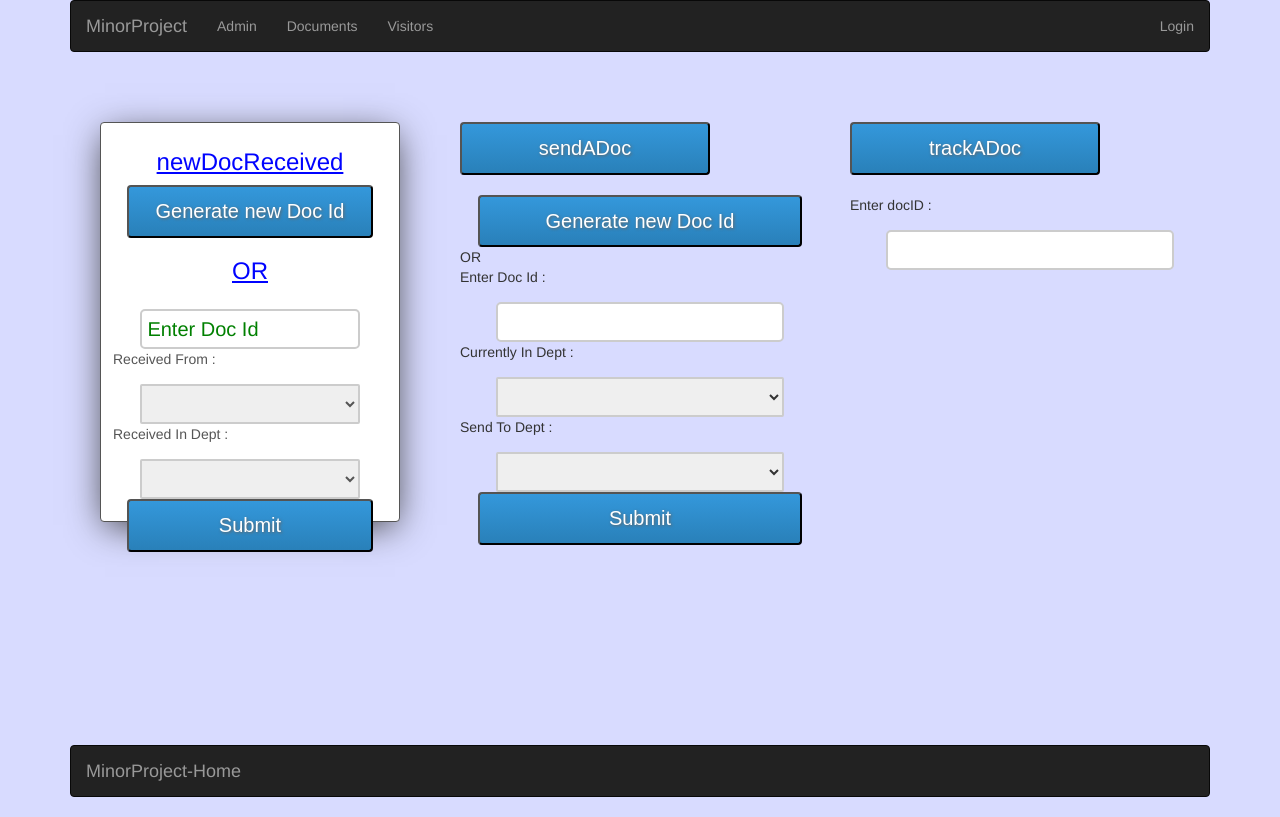
Repository: javaSingh/java
Page: workspace/minorProjectWithInder7thSem2/WebContent/index.html
The author's editor kept a copy of each file at every save. The page is drawn from the files as they stood at one save, then again after the next save.
The browser window is 1280 px wide. The pictures show the whole page.
Some web libraries are served in a nearby version.

Above is the page before, as saved 2014-10-21 10:12:37.

### workspace/minorProjectWithInder7thSem2/WebContent/index.html
<!DOCTYPE html>
<html>
   <head>
      <title>MinorProject-OfficeMgmt</title>
      <meta name='viewport' content='width=device-width, initial-scale=1.0'>
      <!-- Bootstrap -->
      <link href='css/bootstrap.min.css' rel='stylesheet'>
	  <!--my css-->
	  <link href='css/a.css' rel='stylesheet'>
	  	  <link href='css/test.css' rel='stylesheet'>
      <!-- HTML5 Shim and Respond.js IE8 support of HTML5 elements and media
         queries -->
      <!-- WARNING: Respond.js doesn't work if you view the page
         via file:// -->
      <!--[if lt IE 9]>
         <script src='https://oss.maxcdn.com/libs/html5shiv/3.7.0/
            html5shiv.js'></script>
         <script src='https://oss.maxcdn.com/libs/respond.js/1.3.0/
            respond.min.js'></script>
      <![endif]-->
	  <!--font awesome. for icons used in top of page-->
	  <link href="http://maxcdn.bootstrapcdn.com/font-awesome/4.1.0/css/font-awesome.min.css" rel="stylesheet">













	</head>
	<body>

	<div class='container'>
	<div class="scroll-top-wrapper ">
    <span class="scroll-top-inner">
    <i class="fa fa-2x fa-arrow-circle-up"></i>
    </span>
	</div>

	<nav role='navigation' class='navbar navbar-inverse'>
    <!-- Brand and toggle get grouped for better mobile display -->
    <div class='navbar-header'>
        <button type='button' data-target='#navbarCollapse' data-toggle='collapse' class='navbar-toggle'>
            <span class='sr-only'>Toggle navigation</span>
            <span class='icon-bar'></span>
            <span class='icon-bar'></span>
            <span class='icon-bar'></span>
        </button>
        <a href='#' class='navbar-brand'>MinorProject</a>
    </div>
    <!-- Collection of nav links and other content for toggling -->
    <div id='navbarCollapse' class='collapse navbar-collapse'>
        <ul class='nav navbar-nav'>
            <li><a href='#'>Admin </a></li>
            <li><a href='#'>Documents </a></li>
			<li><a href='#'>Visitors </a></li>
			</ul>
        <ul class='nav navbar-nav navbar-right'>
            <li><a href='jackie.html'>Login</a></li>
        </ul>
    </div>
</nav>
<div class='top'></div>
<div class='row'>
<div class='col-md-4'>

<div class='loginform form-control'>

<p class='loginword'>
<h3>
newDocReceived
</h3>
</p>

<form action='Serv3'>
<input type='submit' class='submitbuttoninner' value='Generate new Doc Id'></input>
<br>
</form>

<p class='loginword'>
<h3>
OR
</h3>
</p>
<form action='Serv1'>
<input type='number' name='docid' required autofoucs placeholder='Enter Doc Id'></input><br>
Received From : <select name='fromdept'>
<option value=""></option>
  <option value="Dept1">Dept1</option>
  <option value="Dept2">Dept2</option>
  <option value="Dept3">Dept3</option>
  <option value="Dept4">Dept4</option>
  <option value="Reception">Reception</option>
  <option value="Staff">Staff</option>
  <option value="Student">Student</option>
</select><br>
Received In Dept : <select name='indept'>
  <option value=""></option>
  <option value="Dept1">Dept1</option>
  <option value="Dept2">Dept2</option>
  <option value="Dept3">Dept3</option>
  <option value="Dept4">Dept4</option>
  <option value="Reception">Reception</option>
</select><br>
<input type='submit' class='submitbuttoninner'></input>
</form>

</div>








</div>
<div class='col-md-4'>


<input type='button' class='submitbutton' onclick='senddoc()' value='sendADoc' name='senddocbutton'></input>
<div id='senddoc'>
<br>
<form action='Serv3'>
<input type='submit' value='Generate new Doc Id' class='submitbuttoninner'></input>
</form>
OR
<br>
<form action='Serv2'>
Enter Doc Id : <input type='number' name='docid' required autofoucs></input><br>
Currently In Dept : <select name='indept'>
  <option value=""></option>
  <option value="Dept1">Dept1</option>
  <option value="Dept2">Dept2</option>
  <option value="Dept3">Dept3</option>
  <option value="Dept4">Dept4</option>
  <option value="Reception">Reception</option>
</select><br>
Send To Dept : <select name='todept'>
<option value=""></option>
<option value="Dept1">Dept1</option>
  <option value="Dept2">Dept2</option>
  <option value="Dept3">Dept3</option>
  <option value="Dept4">Dept4</option>
  <option value="Reception">Reception</option>
</select><br>
<input type='submit' class='submitbuttoninner'></input>
</form>
</div>








</div>
<div class='col-md-4'>




<form action='Serv4' method='post'>
<input type='submit' class='submitbutton' value='trackADoc'></input><br>
<br>
Enter docID : <input type='number' name='docid'></input>

</form>






</div>

</div>
<div class='below'></div>
<div class='row'>
<div class='col-md-12'>
<div class='myfooter'>
<nav role='navigation' class='navbar navbar-inverse'>
    <!-- Brand and toggle get grouped for better mobile display -->
    <div class='navbar-header'>
        <button type='button' data-target='#navbarCollapse' data-toggle='collapse' class='navbar-toggle'>
            <span class='sr-only'>Toggle navigation</span>
            <span class='icon-bar'></span>
            <span class='icon-bar'></span>
            <span class='icon-bar'></span>
        </button>
        <a href='#' class='navbar-brand'>MinorProject-Home</a>
    </div>
    <!-- Collection of nav links and other content for toggling -->
    <div id='navbarCollapse' class='collapse navbar-collapse'>


    </div>
</nav>
</div>
</div>
</div>






	  <!-- jQuery (necessary for Bootstrap's JavaScript plugins) -->
      <script src='https://code.jquery.com/jquery.js'></script>
      <!-- Include all compiled plugins (below), or include individual files
            as needed -->
      <script src='js/bootstrap.min.js'></script>
	  <script src="//ajax.googleapis.com/ajax/libs/jquery/1.11.0/jquery.min.js"></script>
 <script>

$(function(){

    $(document).on( 'scroll', function(){

        if ($(window).scrollTop() > 1) {
            $('.scroll-top-wrapper').addClass('show');
        } else {
            $('.scroll-top-wrapper').removeClass('show');
        }
    });
});
</script>
   <script>

$(function(){

    $(document).on( 'scroll', function(){

        if ($(window).scrollTop() > 1) {
            $('.scroll-top-wrapper').addClass('show');
        } else {
            $('.scroll-top-wrapper').removeClass('show');
        }
    });

    $('.scroll-top-wrapper').on('click', scrollToTop);
});

function scrollToTop() {
    verticalOffset = typeof(verticalOffset) != 'undefined' ? verticalOffset : 0;
    element = $('body');
    offset = element.offset();
    offsetTop = offset.top;
    $('html, body').animate({scrollTop: offsetTop}, 500, 'linear');
}
</script>


 </div> </body>
</html>

### workspace/minorProjectWithInder7thSem2/WebContent/css/a.css
#newdoc
{
    background-color: #ffffaa;
    width:250px;
}
.submitbutton {
  background: #3498db;
  background-image: -webkit-linear-gradient(top, #3498db, #2980b9);
  background-image: -moz-linear-gradient(top, #3498db, #2980b9);
  background-image: -ms-linear-gradient(top, #3498db, #2980b9);
  background-image: -o-linear-gradient(top, #3498db, #2980b9);
  background-image: linear-gradient(to bottom, #3498db, #2980b9);
  -webkit-border-radius: 4;
  -moz-border-radius: 4;
  border-radius: 4px;
  text-shadow: 1px 1px 3px #666666;
  font-family: Arial;
  color: #ffffff;
  font-size: 20px;
  padding: 10px 20px 10px 20px;
  text-decoration: none;
 width:250px;
}

.submitbutton:hover {
cursor:pointer;
  background: #3cb0fd;
  background-image: -webkit-linear-gradient(top, #3cb0fd, #3498db);
  background-image: -moz-linear-gradient(top, #3cb0fd, #3498db);
  background-image: -ms-linear-gradient(top, #3cb0fd, #3498db);
  background-image: -o-linear-gradient(top, #3cb0fd, #3498db);
  background-image: linear-gradient(to bottom, #3cb0fd, #3498db);
  text-decoration: none;
}

.submitbuttoninner {
  background: #3498db;
  background-image: -webkit-linear-gradient(top, #3498db, #2980b9);
  background-image: -moz-linear-gradient(top, #3498db, #2980b9);
  background-image: -ms-linear-gradient(top, #3498db, #2980b9);
  background-image: -o-linear-gradient(top, #3498db, #2980b9);
  background-image: linear-gradient(to bottom, #3498db, #2980b9);
  -webkit-border-radius: 4;
  -moz-border-radius: 4;
  border-radius: 4px;
  text-shadow: 1px 1px 3px #666666;
  font-family: Arial;
  color: #ffffff;
  font-size: 20px;
  padding: 10px 20px 10px 20px;
  text-decoration: none;
 width:90%;
 margin-left:5%;
}

.submitbuttoninner:hover {
cursor:pointer;
  background: #3cb0fd;
  background-image: -webkit-linear-gradient(top, #3cb0fd, #3498db);
  background-image: -moz-linear-gradient(top, #3cb0fd, #3498db);
  background-image: -ms-linear-gradient(top, #3cb0fd, #3498db);
  background-image: -o-linear-gradient(top, #3cb0fd, #3498db);
  background-image: linear-gradient(to bottom, #3cb0fd, #3498db);
  text-decoration: none;
}




.top{
height:50px;
}
.below
{height:200px;}

[type='email']
{
    font-size:20px;
}
[type="text"] {
    font-size: 20px;
 //   margin-left: 10%;
}
.signup
{

    border:1px solid green;
    border-radius:2px;
    height:100%;
    background-color:rgba(252, 255, 155, 1);


}
.signup input[type=text]
{
    width:80%;
    margin:auto;

}
input[type=email]
{
    width:80%;
    margin:auto;

}
.scroll-top-wrapper {
    position: fixed;
    opacity: 0;
    visibility: hidden;
    overflow: hidden;
    text-align: center;
    z-index: 99999999;
    background-color: #008000;
    color: #eeeeee;
    width: 60px;
    height: 55px;
    line-height: 48px;
    right: 30px;
    bottom: 30px;
    padding-top: 2px;
    border-top-left-radius: 10px;
    border-top-right-radius: 10px;
    border-bottom-right-radius: 10px;
    border-bottom-left-radius: 10px;
    -webkit-transition: all 0.5s ease-in-out;
    -moz-transition: all 0.5s ease-in-out;
    -ms-transition: all 0.5s ease-in-out;
    -o-transition: all 0.5s ease-in-out;
    transition: all 0.3s ease-in-out;
}
.scroll-top-wrapper:hover {
    //opacity: 0.0;
    background-color: #222245;
}
.scroll-top-wrapper.show {
    visibility:visible;
    cursor:pointer;
    opacity: 0.9999999;
}
.scroll-top-wrapper i.fa {
    line-height: inherit;
}

### workspace/minorProjectWithInder7thSem2/WebContent/css/test.css
body{
	background-color:#D8DBFF;
}
.message
{

	-webkit-box-shadow:0 8px 35px -5px #333333;
	-moz-box-shadow:0 7px 3px -5px #373737;

	//box-shadow:0 7px 3px -5px #373737
	//overflow:hidden;
	margin-left:10%;
	background-color:beige;
	min-height:300px;
	margin-top:100px;
	border:3px solid orange;
	width:80%;
	margin-bottom:30px;
}
.message p
{
	margin-top:100px;
	font-size:30px;
	text-align:center;
//	color:green;
}

.loginform h3
{
    color:rgba(0, 3, 255, 1);
    text-align:center;
    text-decoration:underline;
}

 .one
{
  min-height: 900px;

  /* position:absolute; */

  //opacity:0.5;

  background-color:#FFFFff;

  background-image: url("b.png");


 }





.loginform


{

	-webkit-box-shadow:0 8px 35px -5px #373737;
	-moz-box-shadow:0 7px 3px -5px #373737;

	//box-shadow:0 7px 3px -5px #373737
	//overflow:hidden;


    margin:auto;

   max-width:300px;
   // border-radius:20px;
	//left:20%;
    border:1.5px solid;
	width:100%;
	//position: absolute;
    height:400px;
	background-color:;
	margin-bottom:20px;


}
.loginword
{
    text-align:center;
}





[type=number]
{


font-size:20px;

  margin-top:15px;

  margin-left:10%;

 // position:fixed;


margin-top: 15px;
top:10px;



 width:80%;


height:40px;



  padding:5px;

  border:2px solid #ccc;

//-webkit-border-radius: 50px;

border-radius: 5px;

/* margin-bottom:-30px; */


}


select
{
	font-size:20px;

  margin-top:15px;

  margin-left:10%;

 // position:fixed;


margin-top: 15px;
top:10px;



 width:80%;


height:40px;



  padding:5px;

  border:2px solid #ccc;

//-webkit-border-radius: 50px;

border-radius: 2px;

/* margin-bottom:-30px; */


}


[type=text]
{


font-size:20px;

  margin-top:15px;

  margin-left:10%;

 // position:fixed;


margin-top: 15px;
top:10px;



 width:80%;


height:40px;



  padding:5px;

  border:2px solid #ccc;

//-webkit-border-radius: 50px;

border-radius: 5px;

/* margin-bottom:-30px; */


}



::-webkit-input-placeholder {

	color:#008000;
   //opacity:0.5

}



input[type=password]
{

  //top:200px;

  font-size:20px;

  margin-top:15px;

  margin-left:10%;

 //position:absolute;

  margin-top: 15px;
  color:#000000;

 width:80%;


  height:40px;


  padding:5px;

  border:2px solid #ccc;

//-webkit-border-radius: 50px;

border-radius: 5px;


}



//input[type=text]:focus
{

  border-color:#333;


}






p{
    text-align: center;


//min-width:720px;


/* color:green; */


/* background-color:#122334; */


}




.scroll-top-wrapper {
    position: fixed;
    opacity: 0;
    visibility: hidden;
    overflow: hidden;
    text-align: center;
    z-index: 99999999;
    background-color: #008000;
    color: #eeeeee;
    width: 60px;
    height: 55px;
    line-height: 48px;
    right: 30px;
    bottom: 30px;
    padding-top: 2px;
    border-top-left-radius: 10px;
    border-top-right-radius: 10px;
    border-bottom-right-radius: 10px;
    border-bottom-left-radius: 10px;
    -webkit-transition: all 0.5s ease-in-out;
    -moz-transition: all 0.5s ease-in-out;
    -ms-transition: all 0.5s ease-in-out;
    -o-transition: all 0.5s ease-in-out;
    transition: all 0.3s ease-in-out;
}
.scroll-top-wrapper:hover {
    //opacity: 0.0;
    background-color: #222245;
}
.scroll-top-wrapper.show {
    visibility:visible;
    cursor:pointer;
    opacity: 0.9999999;
}
.scroll-top-wrapper i.fa {
    line-height: inherit;
}

Loaded but not shown: workspace/minorProjectWithInder7thSem2/WebContent/css/bootstrap.min.css (library); workspace/minorProjectWithInder7thSem2/WebContent/js/bootstrap.min.js (library)

After the next save:
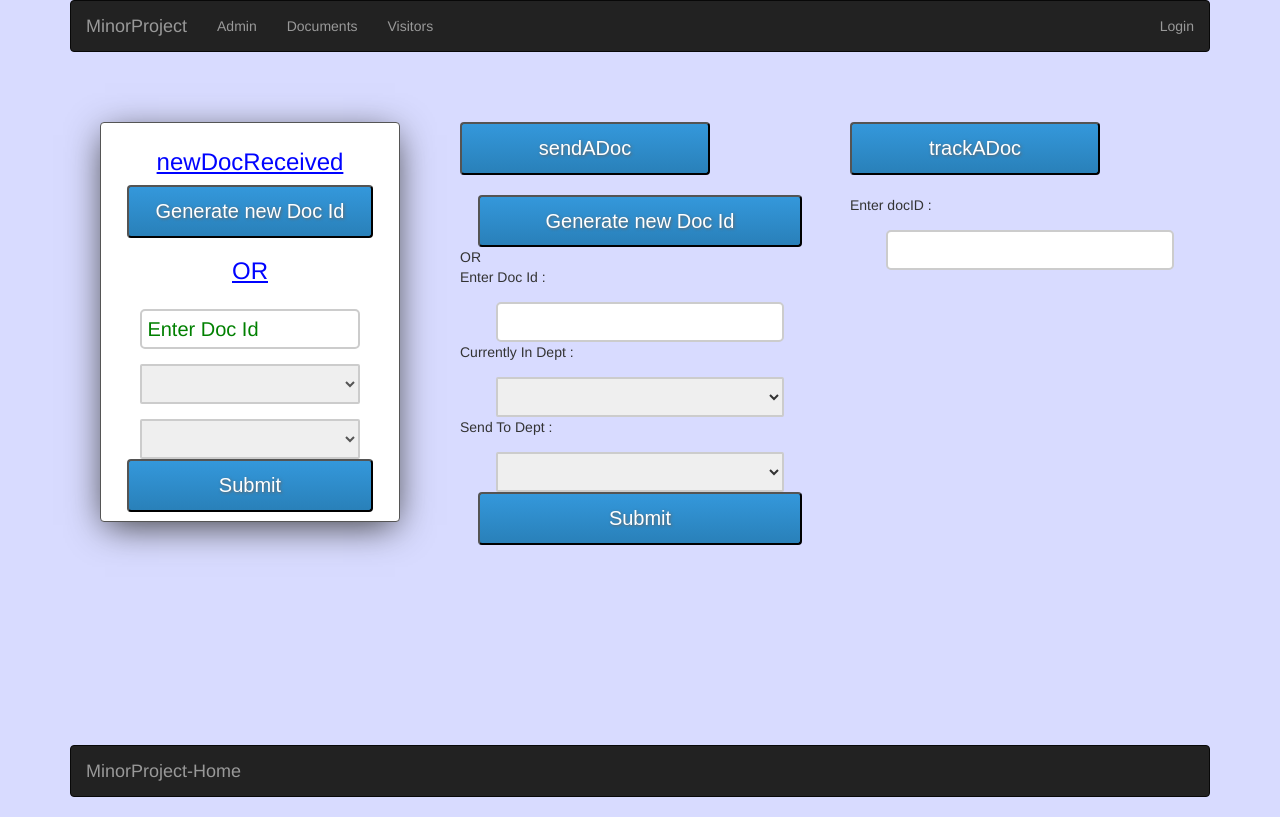
Saved 69 s later.
--- a/workspace/minorProjectWithInder7thSem2/WebContent/index.html
+++ b/workspace/minorProjectWithInder7thSem2/WebContent/index.html
@@ -90,7 +90,7 @@ OR
 </p>
 <form action='Serv1'>
 <input type='number' name='docid' required autofoucs placeholder='Enter Doc Id'></input><br>
-Received From : <select name='fromdept'>
+<select name='fromdept' placeholder='Received From'>
 <option value=""></option>
   <option value="Dept1">Dept1</option>
   <option value="Dept2">Dept2</option>
@@ -100,7 +100,7 @@ Received From : <select name='fromdept'>
   <option value="Staff">Staff</option>
   <option value="Student">Student</option>
 </select><br>
-Received In Dept : <select name='indept'>
+<select name='indept' placeholder='Received In Dept'>
   <option value=""></option>
   <option value="Dept1">Dept1</option>
   <option value="Dept2">Dept2</option>
